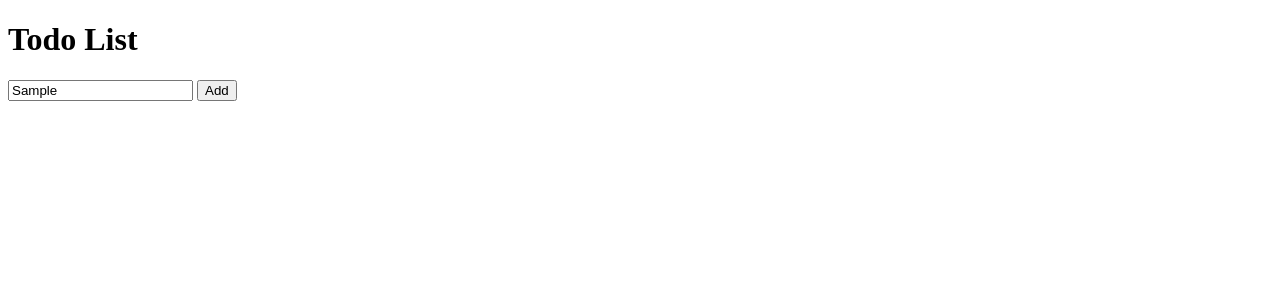
Repository: ble-syn/Todo-list
Page: index.html
An editor plug-in stored every save of this project. The page is shown before and after the next save, followed by the edit.
The browser window is 1280 px wide. The pictures show the whole page.
Empty fields were first filled with sample values (such as "Sample", 5 or name@example.com).
After loading, the first visible `button` was clicked once.

Above is the page before, as saved 2022-10-20 17:16:45.
Console error: ReferenceError: item is not defined

### index.html
<!DOCTYPE html>
<html lang="en">
<head>
    <meta charset="UTF-8">
    <meta http-equiv="X-UA-Compatible" content="IE=edge">
    <meta name="viewport" content="width=device-width, initial-scale=1.0">
    <title>Todo List</title>
</head>
<body>

    <main>
        <h1>Todo List</h1>
            <input type="text" name="todo" placeholder="Add a todo">
            <button>Add</button>
            <ul id="list"></ul>
    </main>

    <script src="app.js"></script>
</body>
</html>

### app.js
const todo = document.querySelector("input");
const button = document.querySelector("button");
let todoList = document.querySelector("#list");

let todoArray = [];

function render() {
  let items;
  const getLocalStorage = JSON.parse(localStorage.getItem("todos"));

  getLocalStorage.forEach((element) => {
    items += `
            <li style="display: flex; justify-content: space-between; width: 200px;">
                <span>${element.name}</span>
                <button onclick="delFunc()">delete</button>
                <button class="delete-button">X</button>

            </li>
        `;
  });
  todoList.innerHTML = items;
  console.log(typeof todoList)
}

function delFunc() {
    localStorage.removeItem("todos");
  render();
}

button.addEventListener("click", (element) => {
  if (element === "") {
    return;
  }
  const todo = {
    id: Date.now(),
    name: item
  };
  todoArray.push(todo);
  localStorage.setItem("todos", JSON.stringify(todoArray));
  render();
  todo.value = "";

});

After the next save:
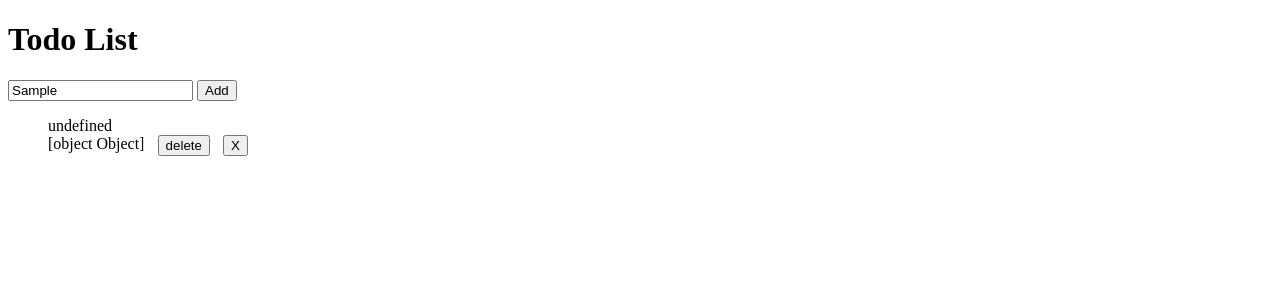
The error is gone.
Saved 27 s later.
--- a/app.js
+++ b/app.js
@@ -33,7 +33,7 @@ button.addEventListener("click", (element) => {
   }
   const todo = {
     id: Date.now(),
-    name: item
+    name: element
   };
   todoArray.push(todo);
   localStorage.setItem("todos", JSON.stringify(todoArray));
